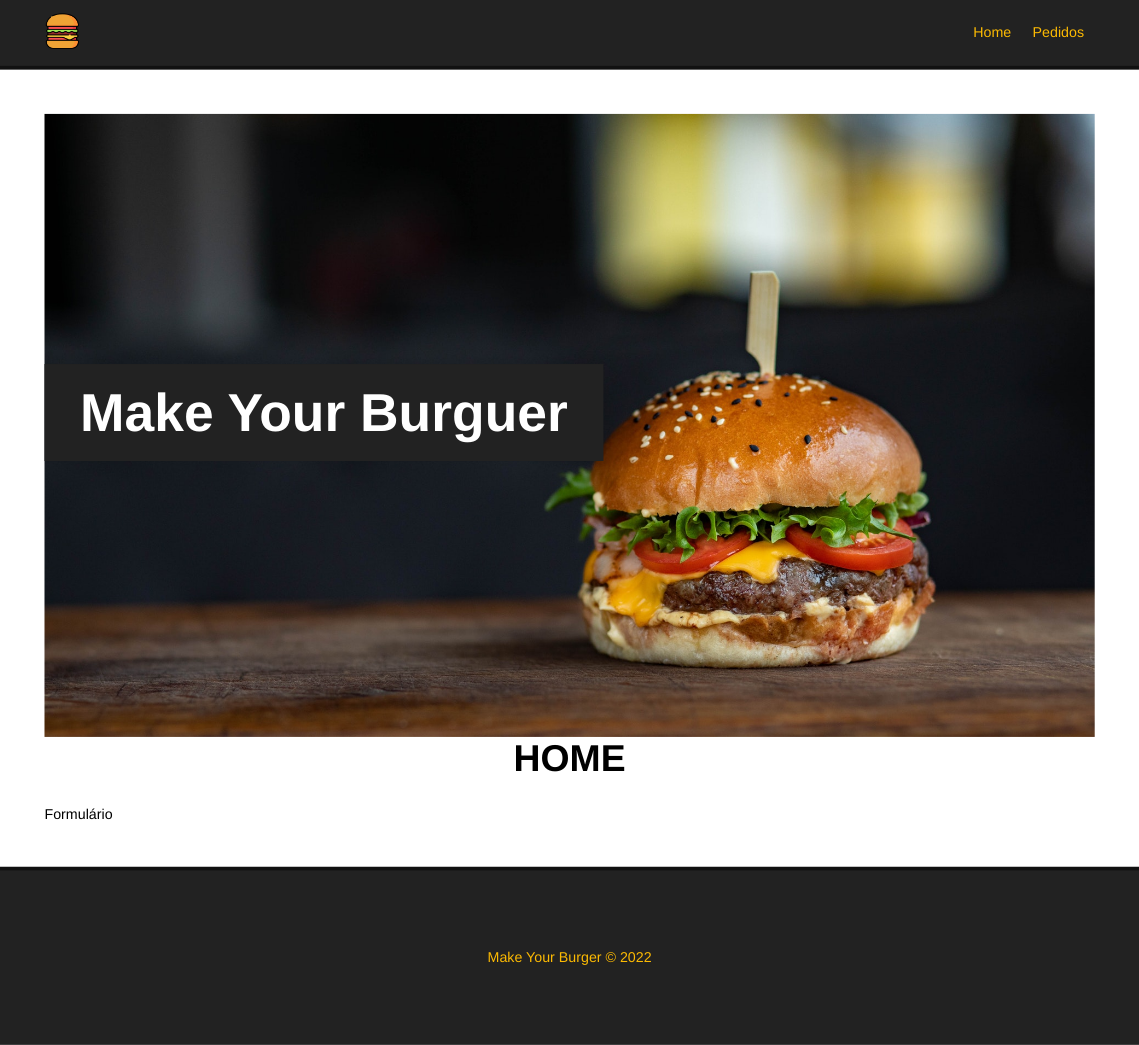
Repository: brunofa23/makeyourburguer
Page: /
These files come from the project's save history. The page is drawn as it stood at one moment and after the next save; the edit follows.
The browser window is 1280 px wide. The pictures show the whole page, at 89% of full size.
The project was rebuilt for these pictures with package versions that can differ from the ones it lists, and the page was loaded fresh each time. Also part of the build but not shown: vue.config.js.

Above is the page before, as saved 2022-08-09 19:20:31.

### src/App.vue
<template>
  <Navbar :logo="logo_src" :alt="app_name"/>
  <router-view/>
  <Footer />
</template>

<script>
import Navbar from './components/Navbar.vue';
import Footer from './components/Footer.vue';

export default{
  components:{ Navbar, Footer },
  data(){
    return{
      logo_src:"/img/logo.png",
      app_name:"Make Your Burguer"
    }

  }
}

</script>

<style>
*{
  font-family: Helvetica, sans-serif;
  padding: 0;
  margin: 0;
  box-sizing: border-box;
}


.main-container{
  margin:50px;
  min-height: 250px;
}

h1{
  text-align: center;
  font-size: 42px;
  margin-bottom: 30px;
}
</style>

### src/router/index.js
import { createRouter, createWebHistory } from 'vue-router'
import HomeView from '../views/HomeView.vue'

const routes = [
  {
    path: '/',
    name: 'home',
    component: HomeView
  },
  {
    path: '/pedidos',
    name: 'Pedidos',
    // route level code-splitting
    // this generates a separate chunk (about.[hash].js) for this route
    // which is lazy-loaded when the route is visited.
    component: () => import(/* webpackChunkName: "about" */ '../views/PedidosView.vue')
  }
]

const router = createRouter({
  history: createWebHistory(process.env.BASE_URL),
  routes
})

export default router

### src/components/Navbar.vue
<template>
  <div id="nav">
    <router-link to="/" id="logo-url">
        <img :src="logo" :alt="alt" id="logo" >
    </router-link>
    <router-link to="/">Home</router-link>
    <router-link to="/pedidos">Pedidos</router-link>
  </div>
</template>

<script>
export default {
    name:"Navbar",
    props:["logo", "alt"]
}
</script>




<style scoped>
#nav{
  background-color:#222 ;
  border-bottom: 4px solid #111;
  padding: 15px 50px;
  display: flex;
  justify-content: flex-end;
  align-items: center;


}

#nav #logo-url{
  margin: auto;
  margin-left: 0;


}

#logo{
  width: 40px;
  height: 40px;
}

#nav a{
  color: #FCBA03;
  text-decoration: none;
  margin: 12px;
  transition: .5s;

}
#nav a:hover{
  color:#FFF;
}

</style>

### src/components/Footer.vue
<template>
    <footer id="footer">
        <p>Make Your Burger &copy; 2022</p>

    </footer>
</template>


<script>
export default{
    name: "Footer"
}

</script>

<style scoped>
#footer{
    height: 200px;
    background-color: #222;
    border-top: 4px solid #111;
    color: #fcba03;
    display: flex;
    align-items: center;
    justify-content: center;
    width: 100%;
}
</style>

### src/views/HomeView.vue
<template>
  <div class="main-container">
    <Banner />
   <h1>HOME</h1>
   <p>Formulário</p>
  </div>
</template>

<script>
import Banner from "@/components/Banner.vue";

export default{
  name: "Home",
  components:{
    Banner
  }
}

</script>

### src/components/Banner.vue
<template>
  <div id="main-banner">
    <h1>Make Your Burguer</h1>
  </div>
</template>

<script>
export default {
  name: 'Banner',
}
</script>

<style scoped>
#main-banner{
    background-image: url('/public/img/burger.jpg');
    background-position: 0 -100;
    background-size: cover;
    height: 700px;
    width: 100%;
    display: flex;
    align-items: center;
    justify-content: flex-start;

}

#main-banner h1{
    color: #FFF;
    text-align: center;
    font-size: 60px;
    background-color: #222;
    padding: 20px 40px;

}


</style>
>

Loaded but not shown: public/index.html (common file); src/main.js (common file)

After the next save:
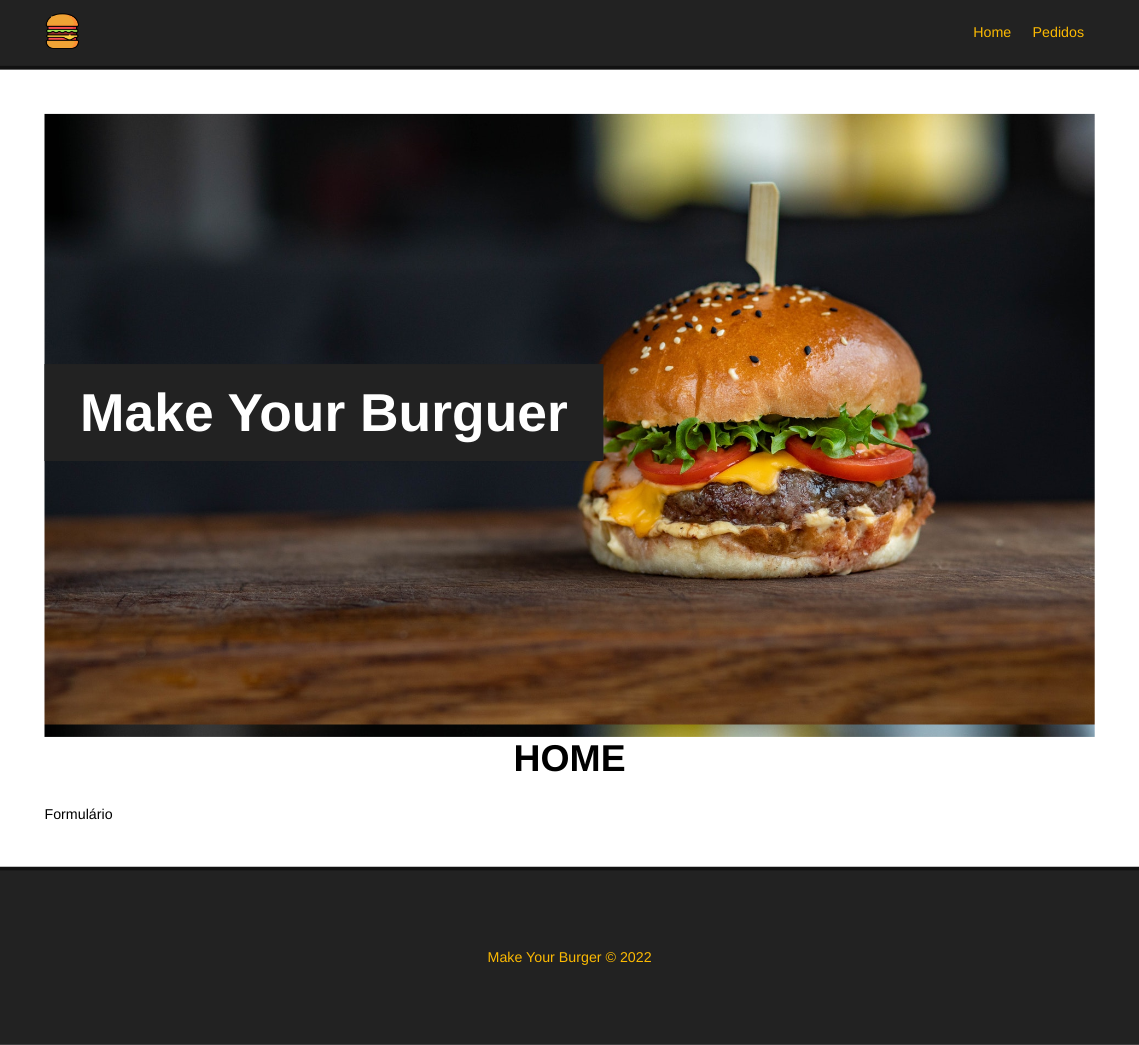
Saved 7 s later.
--- a/src/components/Banner.vue
+++ b/src/components/Banner.vue
@@ -13,7 +13,7 @@ export default {
 <style scoped>
 #main-banner{
     background-image: url('/public/img/burger.jpg');
-    background-position: 0 -100;
+    background-position: 0 -100px;
     background-size: cover;
     height: 700px;
     width: 100%;
